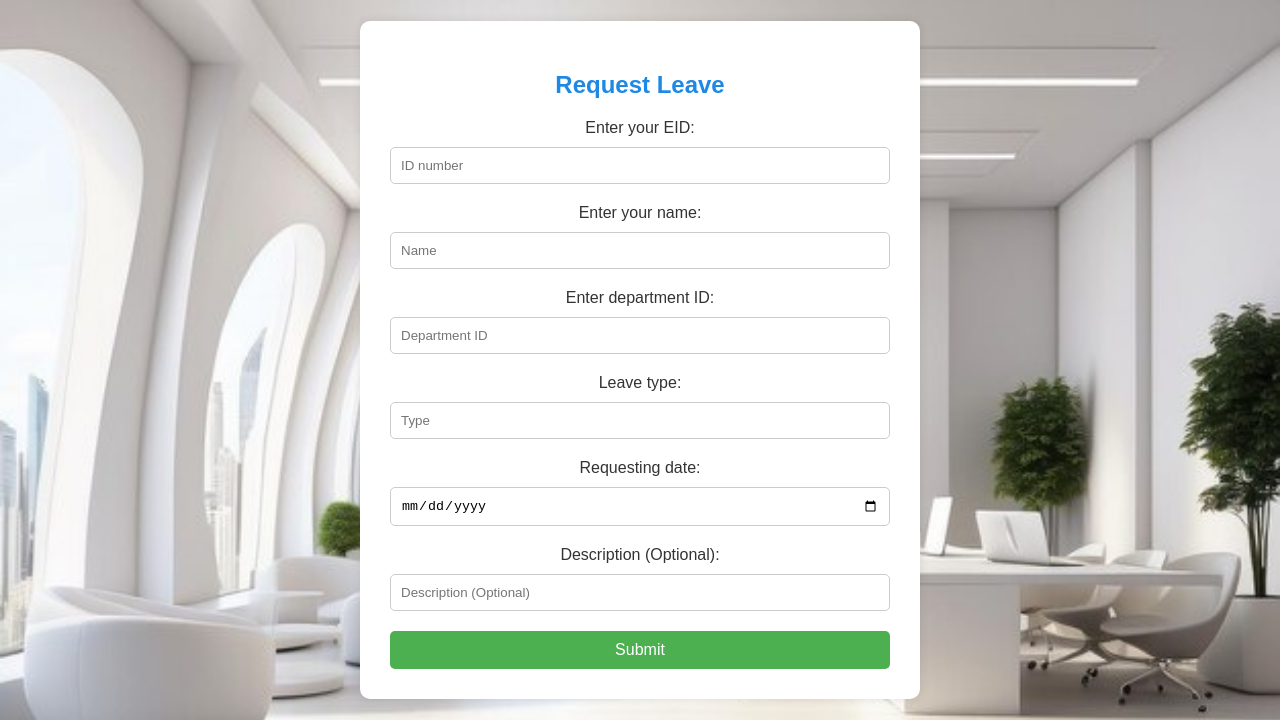
Repository: sakuuLay/StaffManagementSys
Page: http://localhost/test/LeaveRequest.jsp
These files come from the project's save history. The page is drawn as it stood at one moment and after the next save; the edit follows.
The browser window is 1280 px wide. The pictures show the whole page.
The page is served by Tomcat 9. Nobody is signed in. The application's start-up code is not run.

Above is the page before, as saved 2024-10-20 10:01:32.

After the next save:
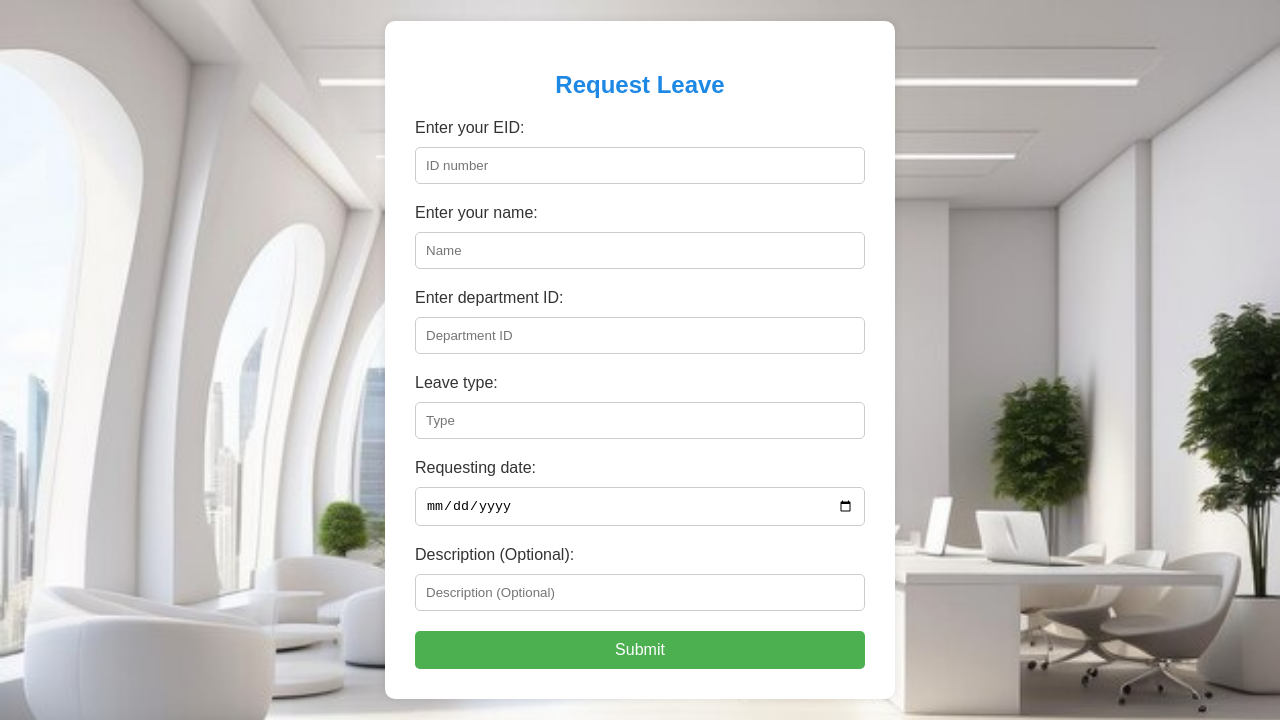
Saved 99 s later.
--- a/test/src/main/webapp/LeaveRequest.jsp
+++ b/test/src/main/webapp/LeaveRequest.jsp
@@ -36,12 +36,12 @@
         padding: 30px;
         border-radius: 10px;
         box-shadow: 0 0 10px rgba(0, 0, 0, 0.1);
-        max-width: 500px;
+        max-width: 450px;
         width: 100%;
-        text-align: center;
     }
     .form-container h2 {
        color: #1e88e5;
+       text-align: center;
     }
     .form-container label {
         display: block;
